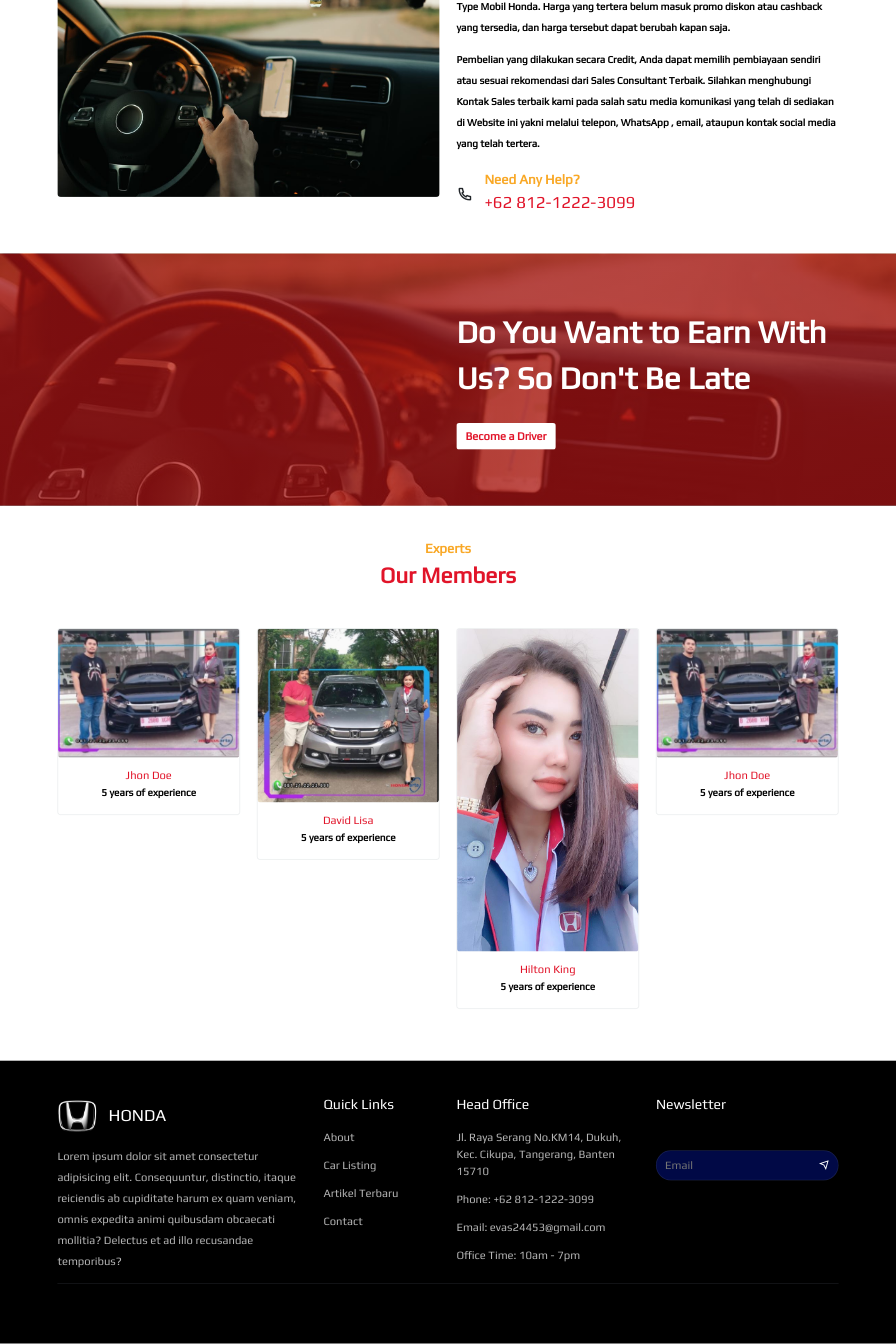
Repository: stevenxylver/Honda
Page: /about
The author's editor kept a copy of each file at every save. The page is drawn from the files as they stood at one save, then again after the next save.
The browser window is 1280 px wide. The pictures show the part of the page from y = 945 to 2865 px (the page is 2865 px tall before and 2861 px after), at 70% of full size.
Pictures or frames that could not be fetched are drawn as grey boxes. The project was rebuilt for these pictures with package versions that can differ from the ones it lists, and the page was loaded fresh each time. Also part of the build but not shown: src/styles/hero-slider.css, src/components/UI/HeroSlider.jsx, src/components/UI/FindCarForm.jsx, src/styles/services-list.css, src/assets/data/serviceData.js, src/components/UI/ServicesList.jsx, src/components/UI/Example.jsx, src/assets/data/carData.js and 20 more.

Above is the page before, as saved 2022-11-20 14:08:43.

After the next save:
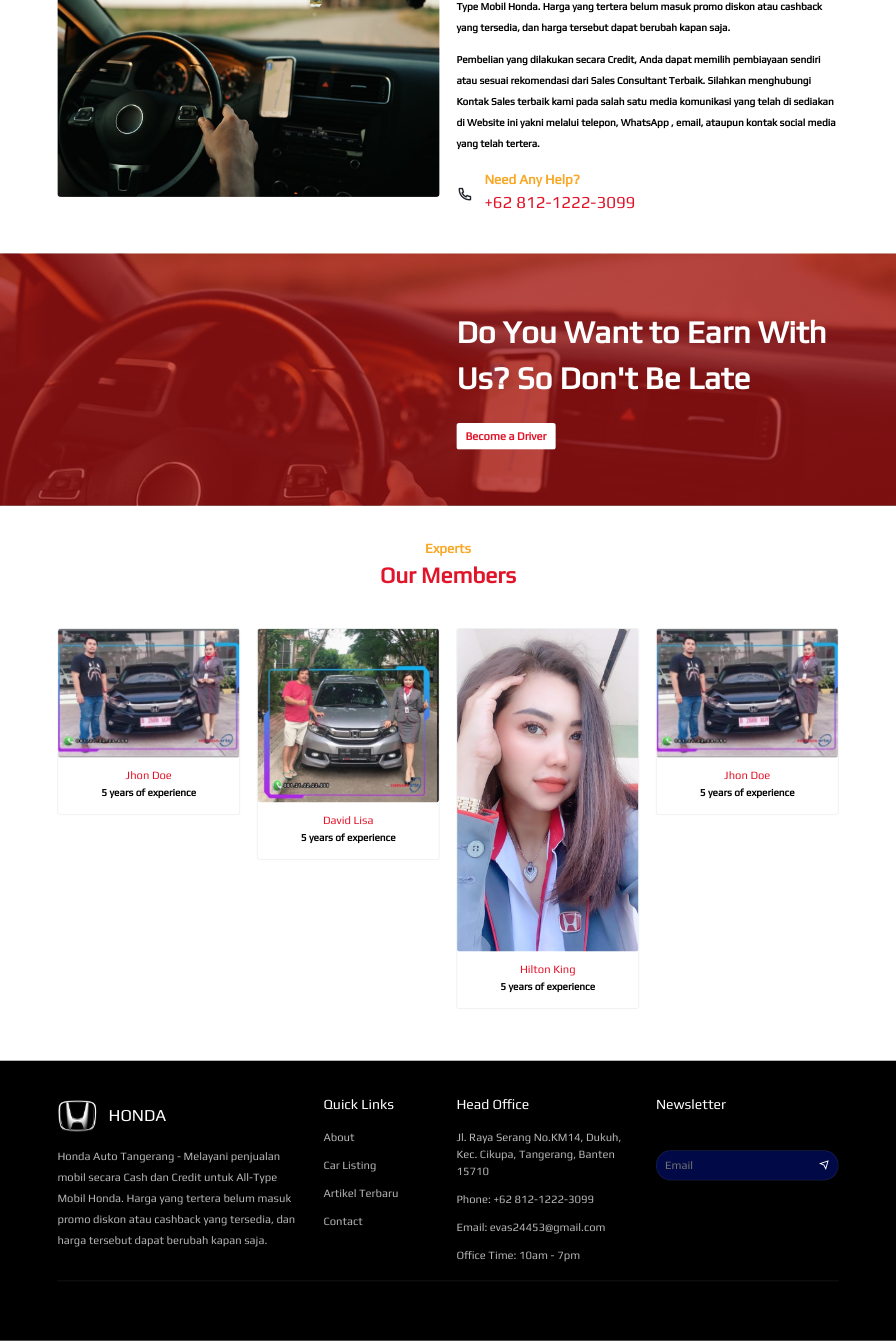
Saved 2 min 3 s later.
--- a/src/components/Footer/Footer.jsx
+++ b/src/components/Footer/Footer.jsx
@@ -46,10 +46,7 @@
               </h1>
             </div>
             <p className="footer__logo-content">
-              Lorem ipsum dolor sit amet consectetur adipisicing elit.
-              Consequuntur, distinctio, itaque reiciendis ab cupiditate harum ex
-              quam veniam, omnis expedita animi quibusdam obcaecati mollitia?
-              Delectus et ad illo recusandae temporibus?
+            Honda Auto Tangerang - Melayani penjualan mobil secara Cash dan Credit untuk All-Type Mobil Honda. Harga yang tertera belum masuk promo diskon atau cashback yang tersedia, dan harga tersebut dapat berubah kapan saja.
             </p>
           </Col>
 
